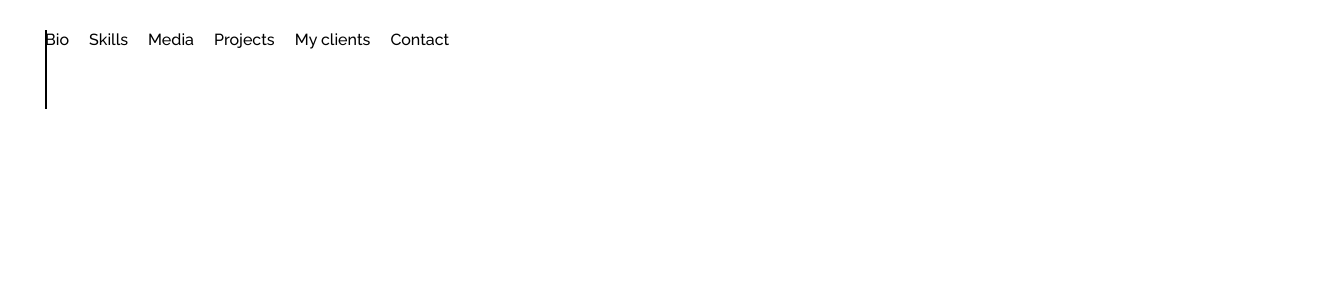
Repository: moataz305G/Personal-website
Page: index.html
An editor plug-in stored every save of this project. The page is shown before and after the next save, followed by the edit.
The browser window is 1280 px wide. The page is 1280 px wide, then 1325 px, so the pictures cover 1325 px, including what lies to the right of the window. The pictures show the whole page.

Above is the page before, as saved 2025-12-09 20:29:49.

After the next save:
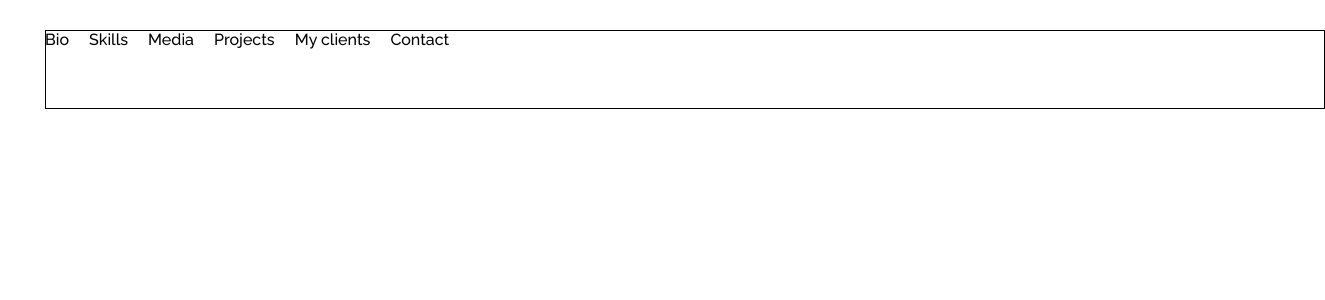
Saved 70 s later.
--- a/Style.css
+++ b/Style.css
@@ -93,7 +93,7 @@ header {
   position: absolute;
   border: 0.1rem solid var(--color-black);
   height: 100%;
-  width: 100vm;
+  width: 100vw;
 }
 
 .navigation__list {
